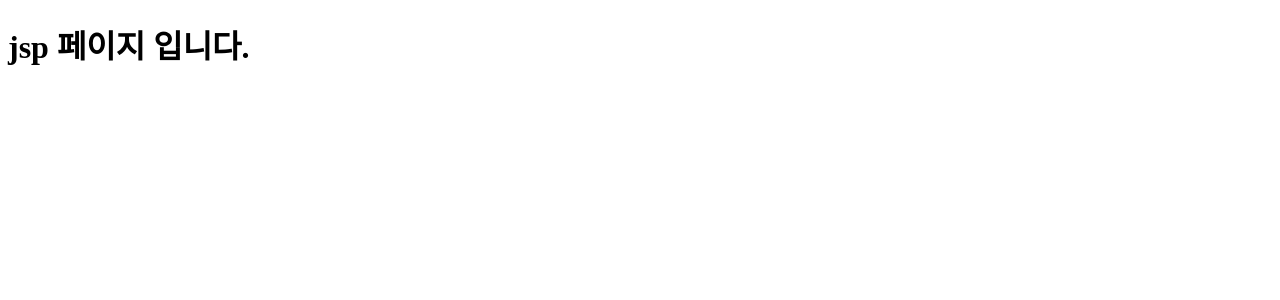
Repository: Saeunnnnni/acornClass_spring
Page: http://localhost/Boot6_WebConfig/test.jsp
An editor plug-in stored every save of this project. The page is shown before and after the next save, followed by the edit.
The browser window is 1280 px wide. The pictures show the whole page.
The page is served by Tomcat 9. Other server files are loaded and not shown.

Above is the page before, as saved 2023-07-12 03:13:03.

### Boot6_WebConfig/src/main/webapp/test.jsp
<%@ page language="java" contentType="text/html; charset=UTF-8"
    pageEncoding="UTF-8"%>
<%@taglib uri="http://java.sun.com/jsp/jstl/core" prefix="c" %>
<!DOCTYPE html>
<html>
<head>
<meta charset="UTF-8">
<title>Insert title here</title>
</head>
<body>
	<div class="container">
		<h1>jsp 페이지 입니다.</h1>
	</div>
</body>
</html>

After the next save:
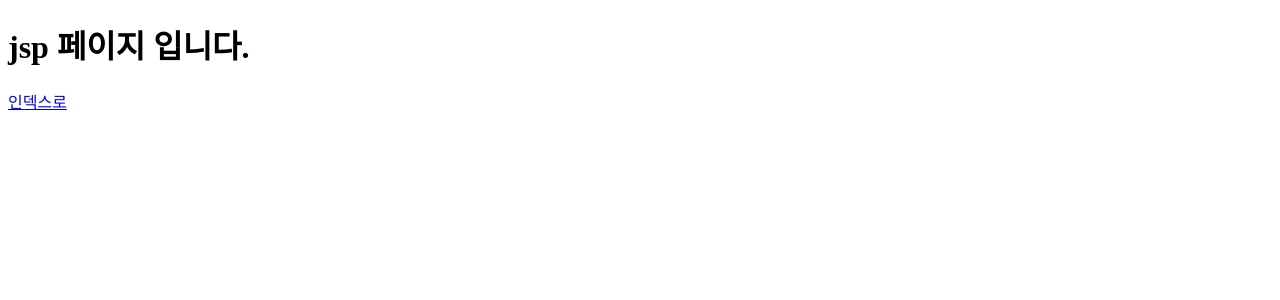
Saved 37 s later.
--- a/Boot6_WebConfig/src/main/webapp/test.jsp
+++ b/Boot6_WebConfig/src/main/webapp/test.jsp
@@ -10,6 +10,7 @@
 <body>
 	<div class="container">
 		<h1>jsp 페이지 입니다.</h1>
+		<a href="${pageContext.request.contextPath}/">인덱스로</a>
 	</div>
 </body>
 </html>
